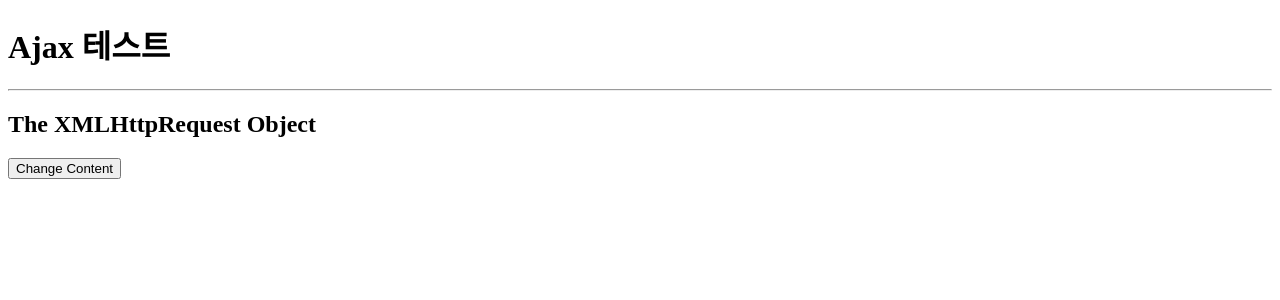
Repository: cwj2306/blog_project_2
Page: http://localhost/blog/test/ajaxtest.jsp
These files come from the project's save history. The page is drawn as it stood at one moment and after the next save; the edit follows.
The browser window is 1280 px wide. The pictures show the whole page.
The page is served by Tomcat 9. Nobody is signed in. The application's start-up code is not run.

Above is the page before, as saved 2019-11-01 02:53:33.

After the next save:
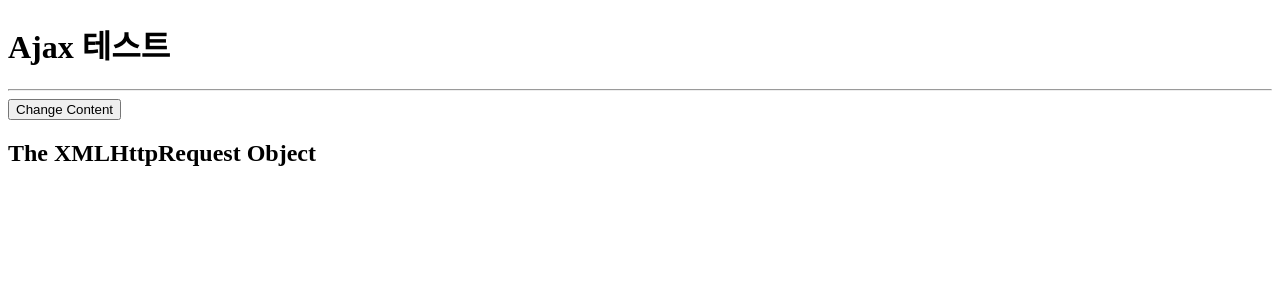
Saved 16 min 20 s later.
--- a/blog/WebContent/test/ajaxtest.jsp
+++ b/blog/WebContent/test/ajaxtest.jsp
@@ -9,10 +9,10 @@
 
 	<h1>Ajax 테스트</h1>
 	<hr />
+	<button type="button" onclick="loadDoc()">Change Content</button>
 
 	<div id="demo">
 		<h2>The XMLHttpRequest Object</h2>
-		<button type="button" onclick="loadDoc()">Change Content</button>
 	</div>
 
 	<script>
